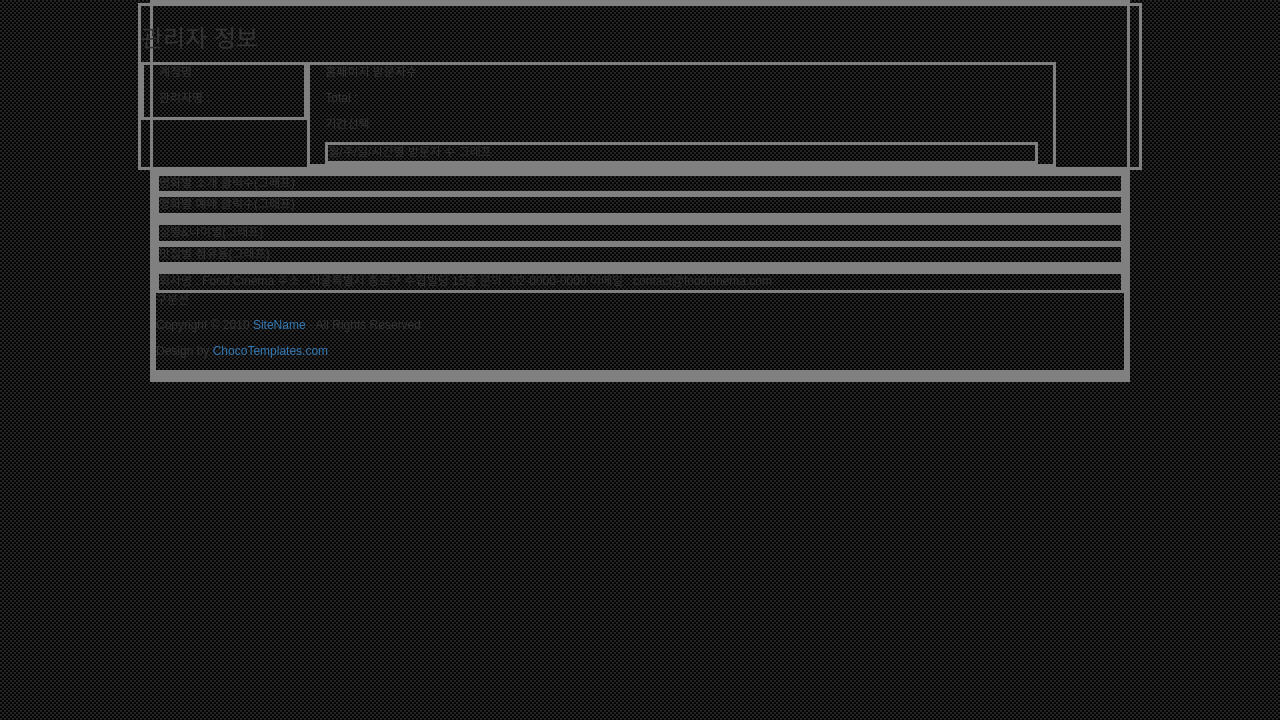
Repository: fhwang2/WEB
Page: http://localhost/FoodCinema/admin.jsp
An editor plug-in stored every save of this project. The page is shown before and after the next save, followed by the edit.
The browser window is 1280 px wide. The pictures show the whole page.
The page is served by Tomcat 9.

Above is the page before, as saved 2019-07-11 09:43:51.

After the next save:
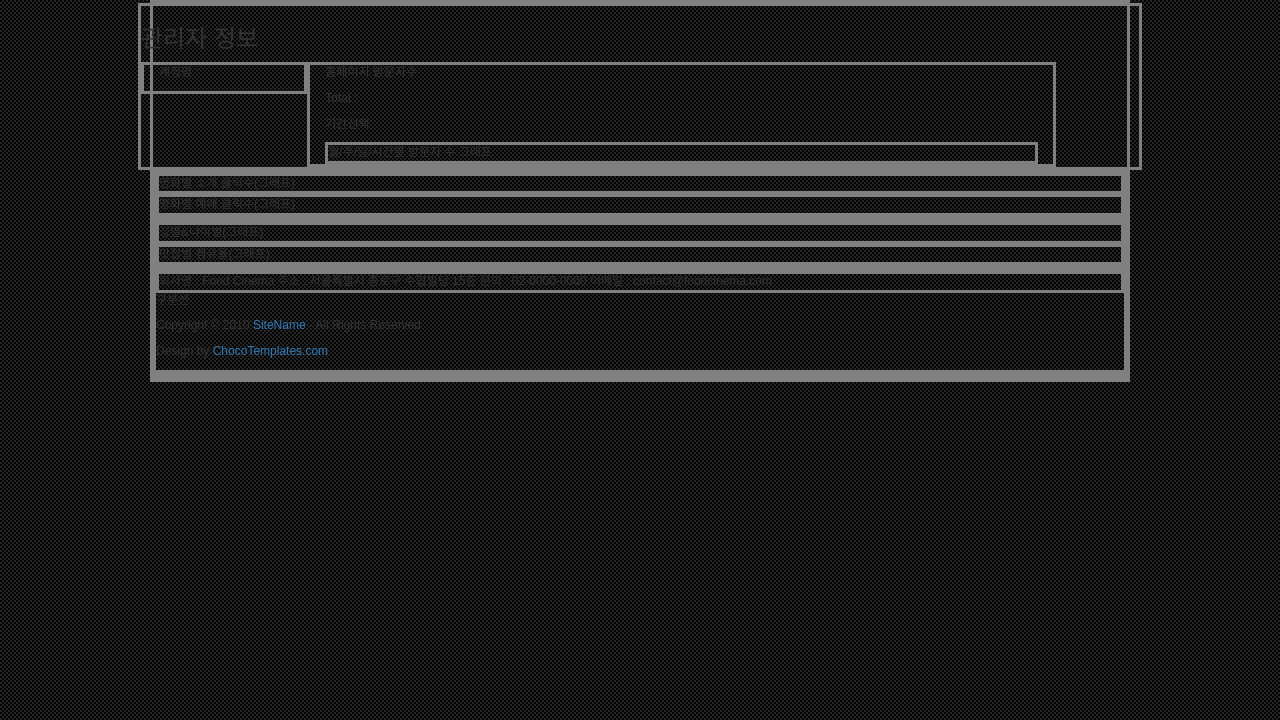
Saved 16 s later.
--- a/FoodCinema/WebContent/admin.jsp
+++ b/FoodCinema/WebContent/admin.jsp
@@ -58,12 +58,6 @@ div {
 
 				%>
 				</p>
-				<p>
-					관리자명 :
-					<%
-
-				%>
-				</p>
 			</div>
 			<div id="totalCnt" class="col-sm-9">
 				<p>홈페이지 방문자수</p>
